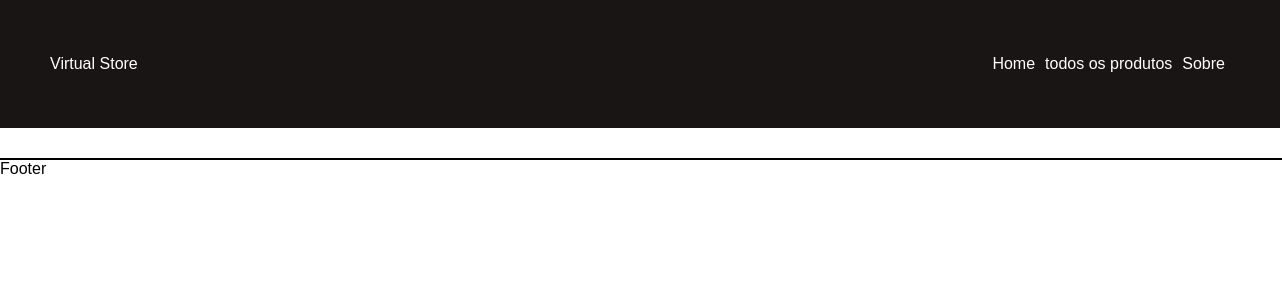
Repository: meiotera/virtuL-store
Page: /lista-de-produtos
These files come from the project's save history. The page is drawn as it stood at one moment and after the next save; the edit follows.
The browser window is 1280 px wide. The page is 1282 px wide, then 1280 px, so the pictures cover 1282 px, including what lies to the right of the window. The pictures show the whole page.
The page's requests for data from a server got no answer. The project was rebuilt for these pictures with package versions that can differ from the ones it lists, and the page was loaded fresh each time. No one was signed in, and anything a server would have sent is missing. Also part of the build but not shown: vite.config.js, src/pages/Home.jsx, src/styles/ProductCard.module.css, src/styles/Button.module.css, src/components/Button.jsx, src/components/ProductCard.jsx.

Above is the page before, as saved 2025-04-08 14:41:37.

After the next save:
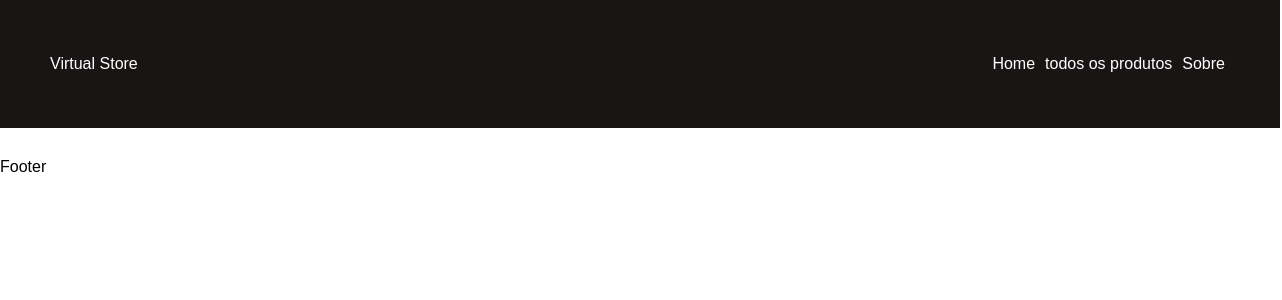
Saved 52 s later.
--- a/src/styles/ProductList.module.css
+++ b/src/styles/ProductList.module.css
@@ -4,6 +4,4 @@
   justify-content: space-between;
   width: 100%;
   gap: 20px;
-
-  border: 1px solid;
 }
